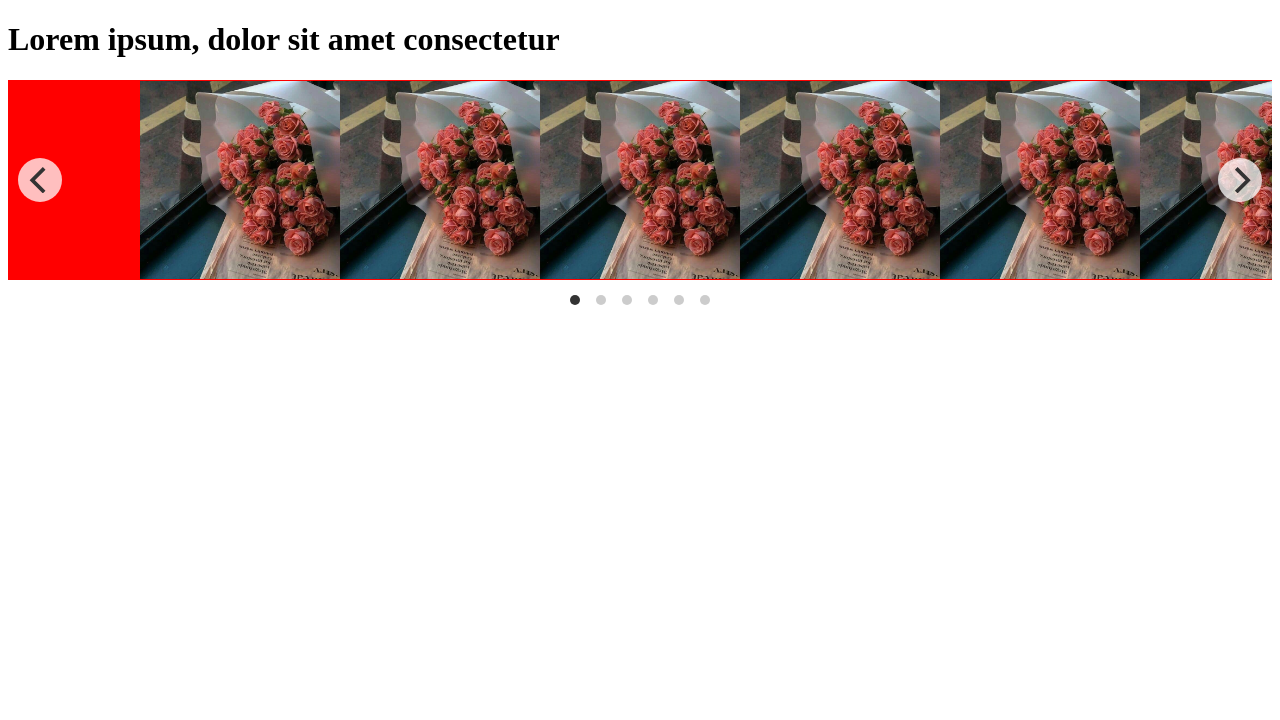
Repository: tongdkhai/Graphic-Art-Mart
Page: test/test.html
An editor plug-in stored every save of this project. The page is shown before and after the next save, followed by the edit.
The browser window is 1280 px wide. The pictures show the whole page.

Above is the page before, as saved 2022-10-25 17:54:52.

After the next save:
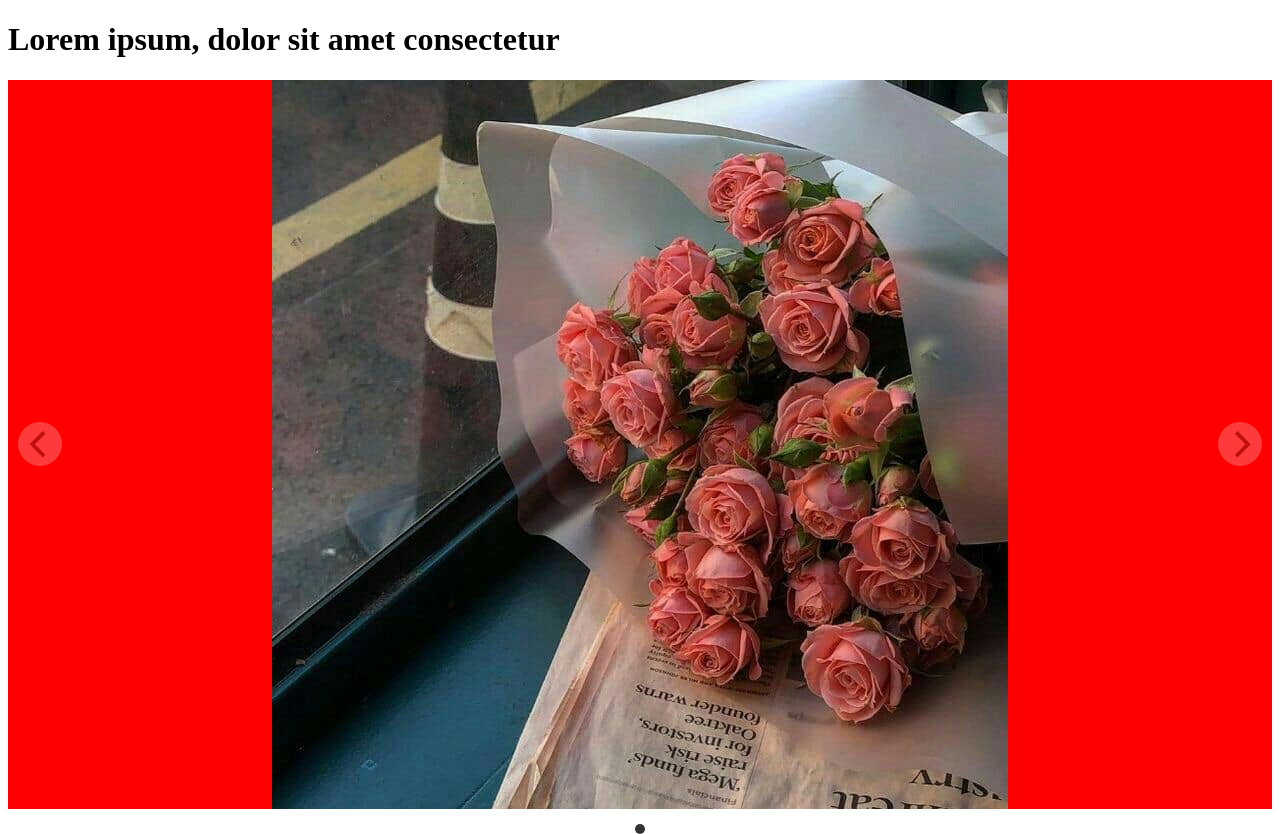
Saved 47 s later.
--- a/test/test.html
+++ b/test/test.html
@@ -50,12 +50,7 @@
       class="carousel"
       data-flickity='{"freeScroll": true, "wrapAround": true}'
     >
-      <img src="./image.jpg" alt="" style="object-fit:contain; width: 200px; height: 200px;">
-      <img src="./image.jpg" alt="" style="object-fit:contain; width: 200px; height: 200px;">
-      <img src="./image.jpg" alt="" style="object-fit:contain; width: 200px; height: 200px;">
-      <img src="./image.jpg" alt="" style="object-fit:contain; width: 200px; height: 200px;">
-      <img src="./image.jpg" alt="" style="object-fit:contain; width: 200px; height: 200px;">
-      <img src="./image.jpg" alt="" style="object-fit:contain; width: 200px; height: 200px;">
+      <img src="./image.jpg" alt="" class="img">
 
     </div>
     <script type="text/javascript" src="./docs/flickity.pkgd.min.js"></script>
